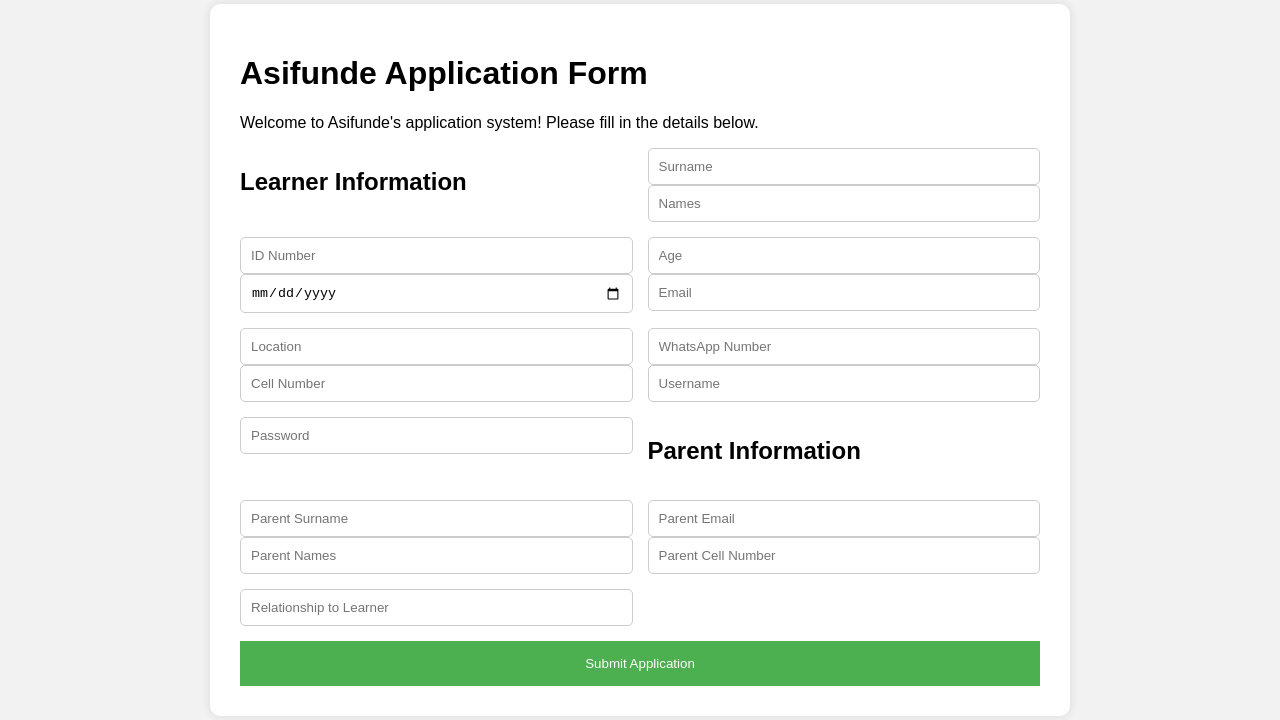
Repository: Soshtakovich/Asifunde
Page: Application_system/apply.html
The author's editor kept a copy of each file at every save. The page is drawn from the files as they stood at one save, then again after the next save.
The browser window is 1280 px wide. The pictures show the whole page.

Above is the page before, as saved 2024-10-18 17:36:53.

After the next save:
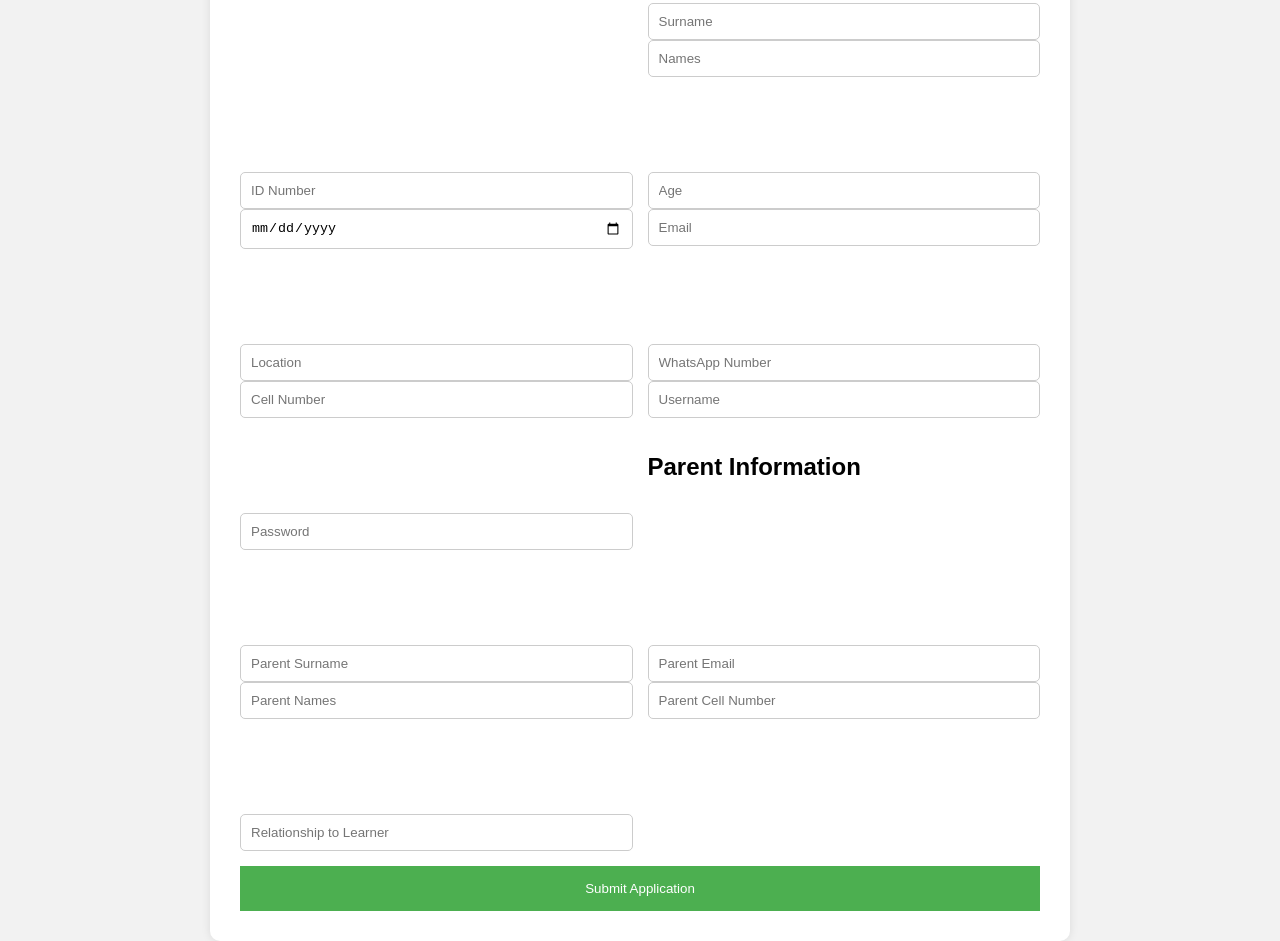
Saved 4 min 31 s later.
--- a/Application_system/statics/css/apply.css
+++ b/Application_system/statics/css/apply.css
@@ -42,6 +42,10 @@
   box-sizing: border-box; /* Prevent padding from overflowing */
 }
 
+.input-group{
+  margin-top: 80px;
+}
+
 /* Button Styling */
 button {
   background-color: #4CAF50;
